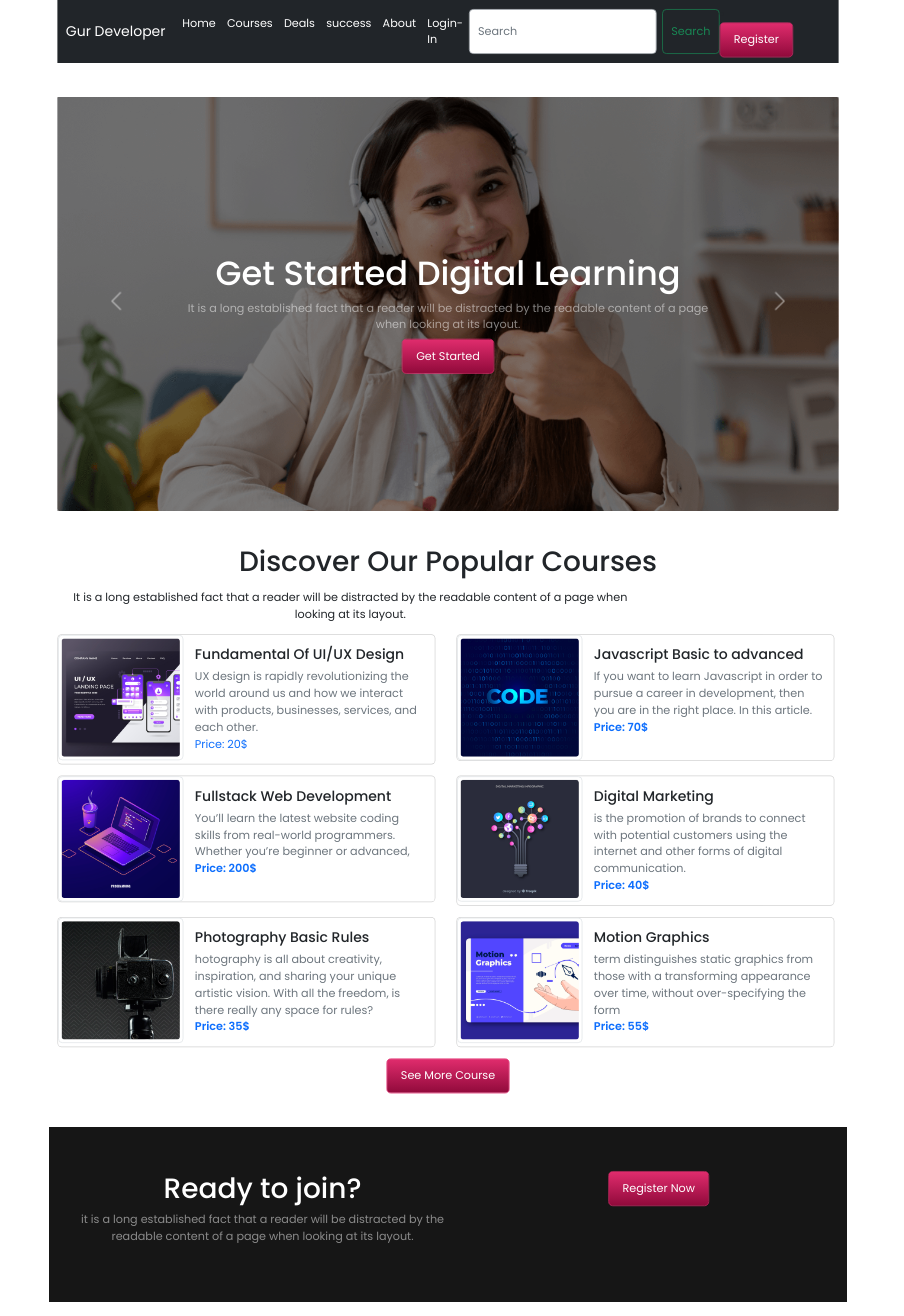
Repository: mdrubel02/Guru-Developer
Page: index.html
These files come from the project's save history. The page is drawn as it stood at one moment and after the next save; the edit follows.
The browser window is 1280 px wide. The page is 1292 px wide, so the pictures cover 1292 px, including what lies to the right of the window. The pictures show the part of the page from y = 0 to 1880 px (the page is 3506 px tall before and 3472 px after), at 70% of full size.
Some web libraries are served in a nearby version.

Above is the page before, as saved 2022-07-29 09:21:33.

After the next save:
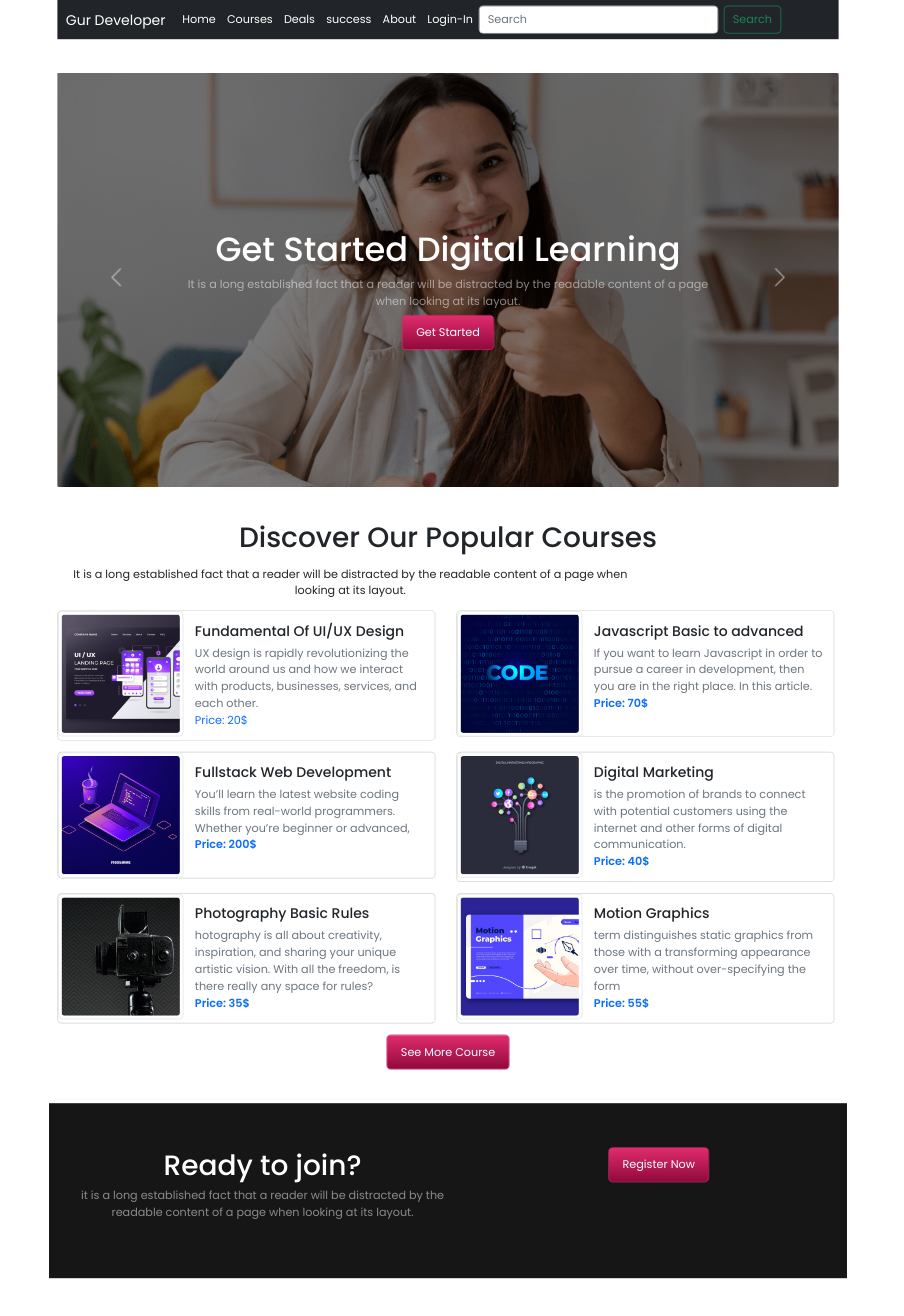
Saved 15 min 25 s later.
--- a/index.html
+++ b/index.html
@@ -54,13 +54,6 @@
                             <button class="btn btn-outline-success" type="submit">Search</button>
                           </form>
                 </div>
-
-                <div class="collapse navbar-collapse" id="navbarSupportedContent me-end">
-                    <li class="nav-item">
-                        <a class="me-5 button" href="#">Register</a>
-                    </li>
-                </div>
-
             </div>
         </nav>
     </header>
